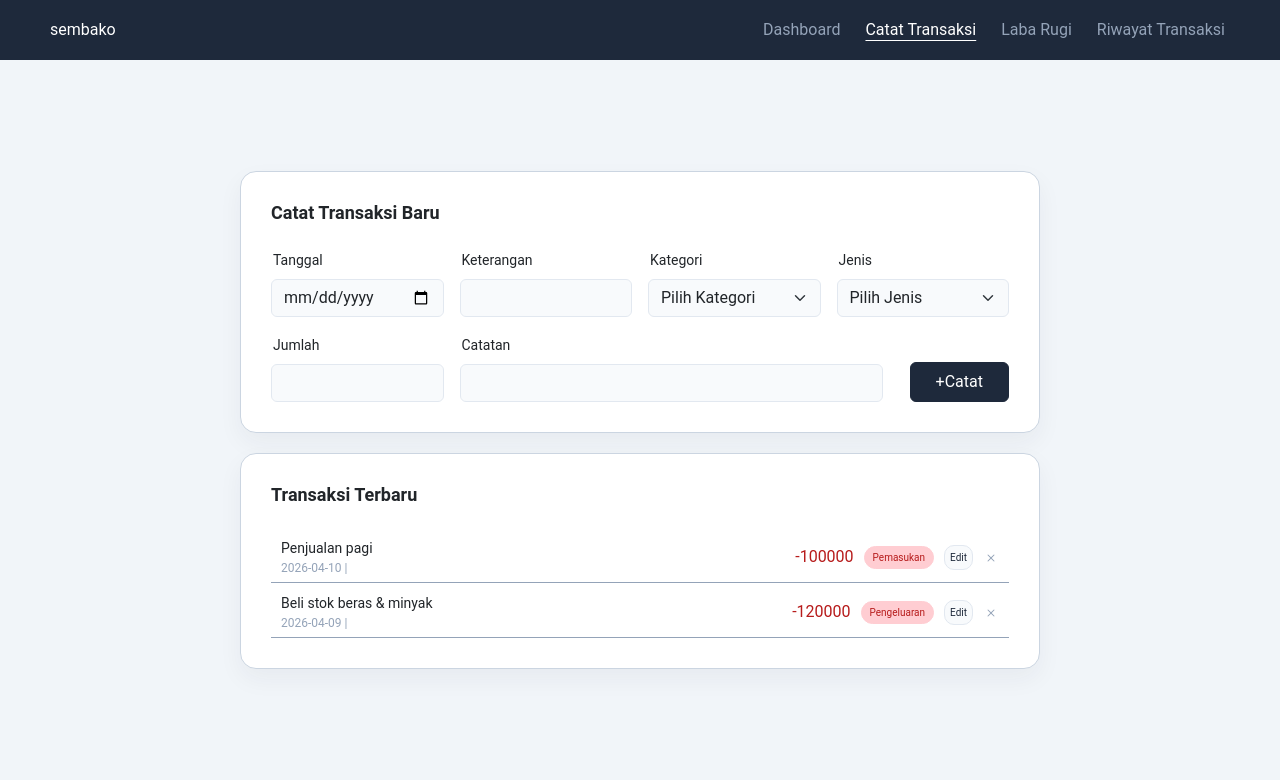
Repository: musdalifahzahra/Projek-Akhir-PWD-2026
Page: http://localhost/3-catat-transaksi.php
These files come from the project's save history. The page is drawn as it stood at one moment and after the next save; the edit follows.
The browser window is 1280 px wide. The pictures show the whole page.
The page is run by PHP 8.4 with error messages shown; the project is at /var/www/html/. The database holds what the project's SQL file puts in it.

Above is the page before, as saved 2026-04-22 14:36:37.

After the next save:
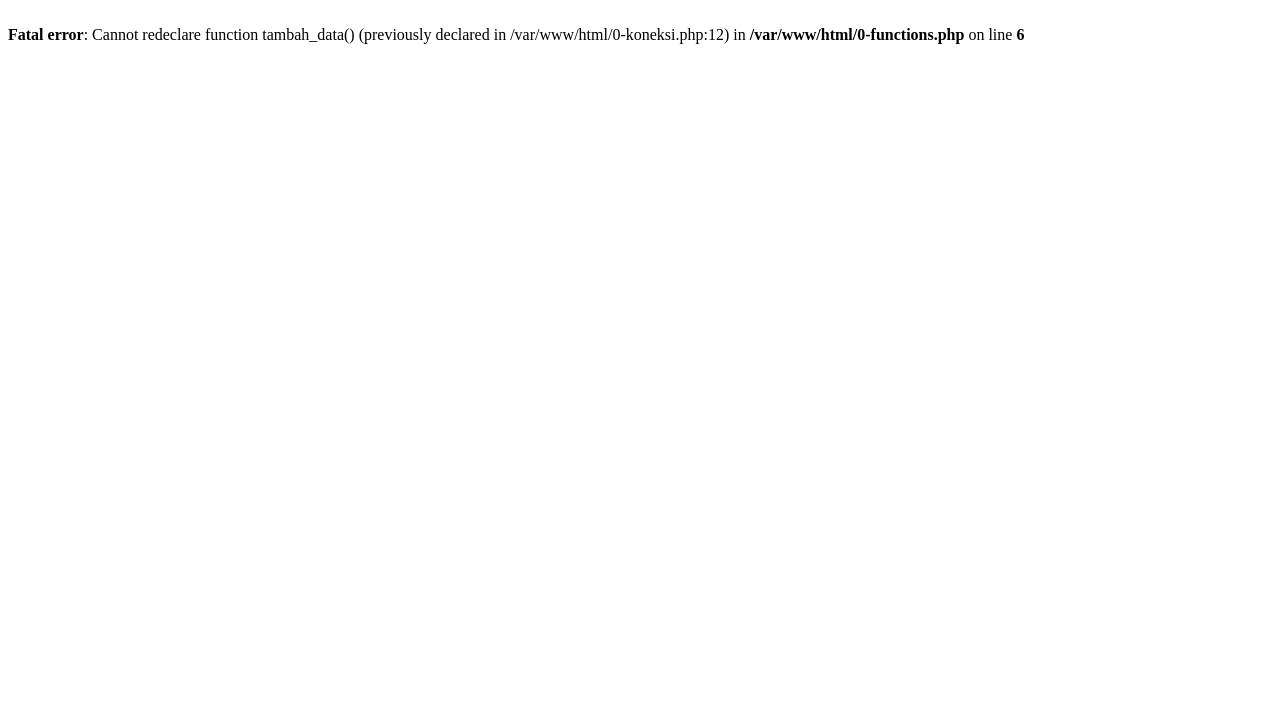
Saved 5 s later.
--- a/0-koneksi.php
+++ b/0-koneksi.php
@@ -1,6 +1,102 @@
 <?php
+//koneksi ke database
 $conn = mysqli_connect("localhost", "root", "", "laporan_keuangan");
 
-if ($conn->connect_error) {
-    die("Maaf Koneksi Gagal: " . $conn->connect_error);
+//ambil data
+$result = mysqli_query($conn, "SELECT * FROM transaksi");
+if (!$result) {
+    echo mysqli_error($conn);
 }
+
+//FUNGSI UNTUK MENAMBAHKAN DATA (INSERT)
+function tambah_data($data_insert)
+{
+    global $conn;
+    $tanggal = $data_insert["tanggal"];
+    $keterangan = $data_insert["keterangan"];
+    $kategori = $data_insert["kategori"];
+    $jenis = $data_insert["jenis"];
+    $jumlah = $data_insert["jumlah"];
+    $catatan = $data_insert["catatan"];
+
+    $insert = "INSERT INTO transaksi
+              VALUES (null, '$tanggal', '$keterangan', '$kategori', '$jenis', '$jumlah', '$catatan')
+              ";
+
+    mysqli_query($conn, $insert);
+
+    //mengembalikan nilai, cek berhasil apa ngga. kalo (1) = berhasil, (-1)= tidak berhasil;
+    return mysqli_affected_rows($conn);
+}
+
+// FUNGSI UNTUK BACA DATA DARI DATABASE, dipake bwt nampilin transaksi terbaru
+function nampilin_data($query)
+{
+    global $conn;
+
+    $result = mysqli_query($conn, $query);
+    //$rows = wadah untuk menyimpan baris-baris yg akan di ambil
+    $rows = [];
+    while ($row = mysqli_fetch_assoc($result)) {
+        $rows[] = $row;
+    }
+    // mengmebalikan semua baris-baris($row) yg uda kesimpan di $rows
+    return $rows;
+}
+
+//FUNGSI UNTUK HAPUS
+function hapus($id)
+{
+    global $conn;
+
+    mysqli_query($conn, "DELETE FROM transaksi WHERE No = $id");
+
+    return mysqli_affected_rows($conn);
+}
+
+//UNTUK KONDISI KETIKA MENGUBAH DATA
+// cek tombol ubah uda d pencet blm
+function ubah($data)
+{
+    global $conn;
+    //persiapan ubah data
+    // ambil data
+    $id = $data["id"];
+    $tanggal = $data["tanggal"];
+    $keterangan = $data["keterangan"];
+    $kategori = $data["kategori"];
+    $jenis = $data["jenis"];
+    $jumlah = $data["jumlah"];
+    $catatan = $data["catatan"];
+
+    $ubah = "UPDATE transaksi SET
+                    Tanggal = '$tanggal',
+                    Keterangan = '$keterangan',
+                    Kategori = '$kategori',
+                    Jenis = '$jenis',
+                    Jumlah = '$jumlah',
+                    Catatan = '$catatan'
+                    WHERE No = $id";
+
+    mysqli_query($conn, $ubah);
+    return mysqli_affected_rows($conn);
+}
+
+// cek data nerhasil di ubah apa ngga
+if (isset($_POST["submit-ubah"])) {
+    if (ubah($_POST) > 0) {
+        echo "
+        <script>
+        alert('Data berhasil di ubah');
+        document.location.href = '3-catat-transaksi.php';
+        </script>
+        ";
+    } else {
+        echo "
+        <script>
+        alert('Data gagal di ubah');
+        document.location.href = '3-catat-transaksi.php';
+        </script>
+        ";
+    }
+}
